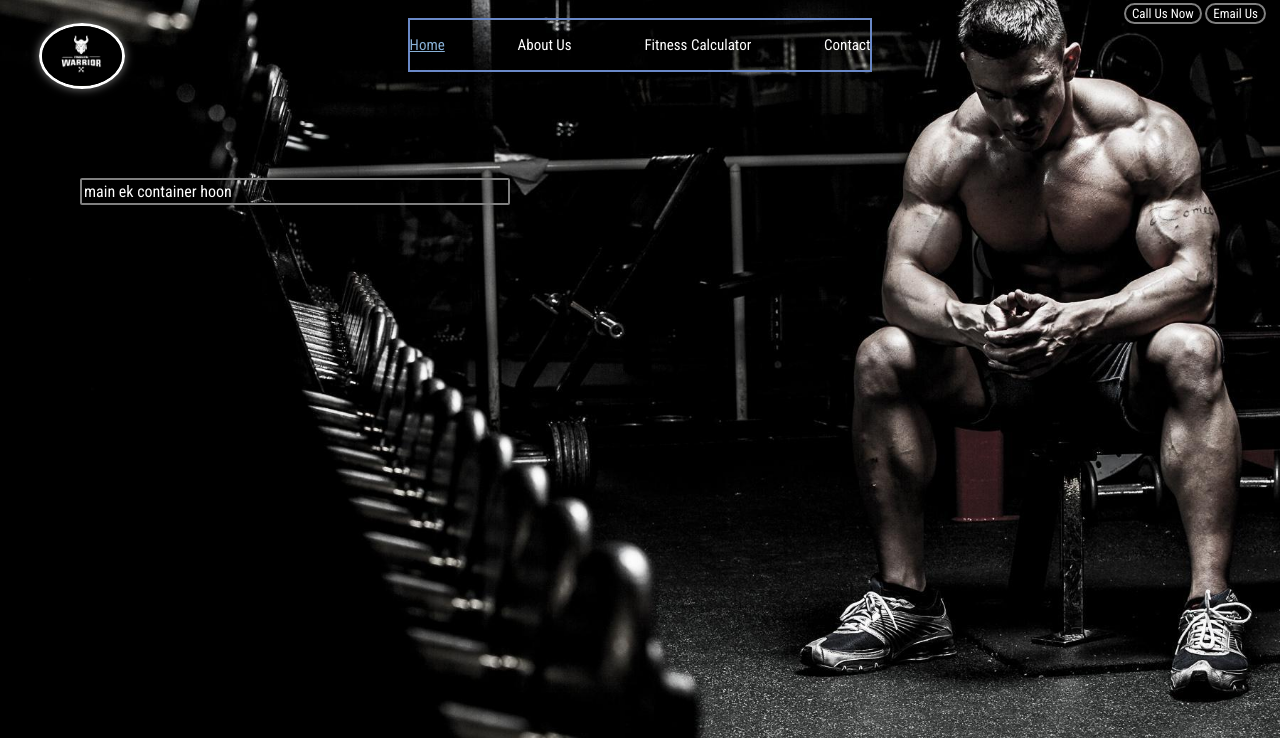
Repository: asthaasquare/project-1
Page: project-1/index.html
The author's editor kept a copy of each file at every save. The page is drawn from the files as they stood at one save, then again after the next save.
The browser window is 1280 px wide. The pictures show the whole page.
Some web fonts or font styles are not loaded; a fallback is used.

Above is the page before, as saved 2024-05-09 17:25:35.

After the next save:
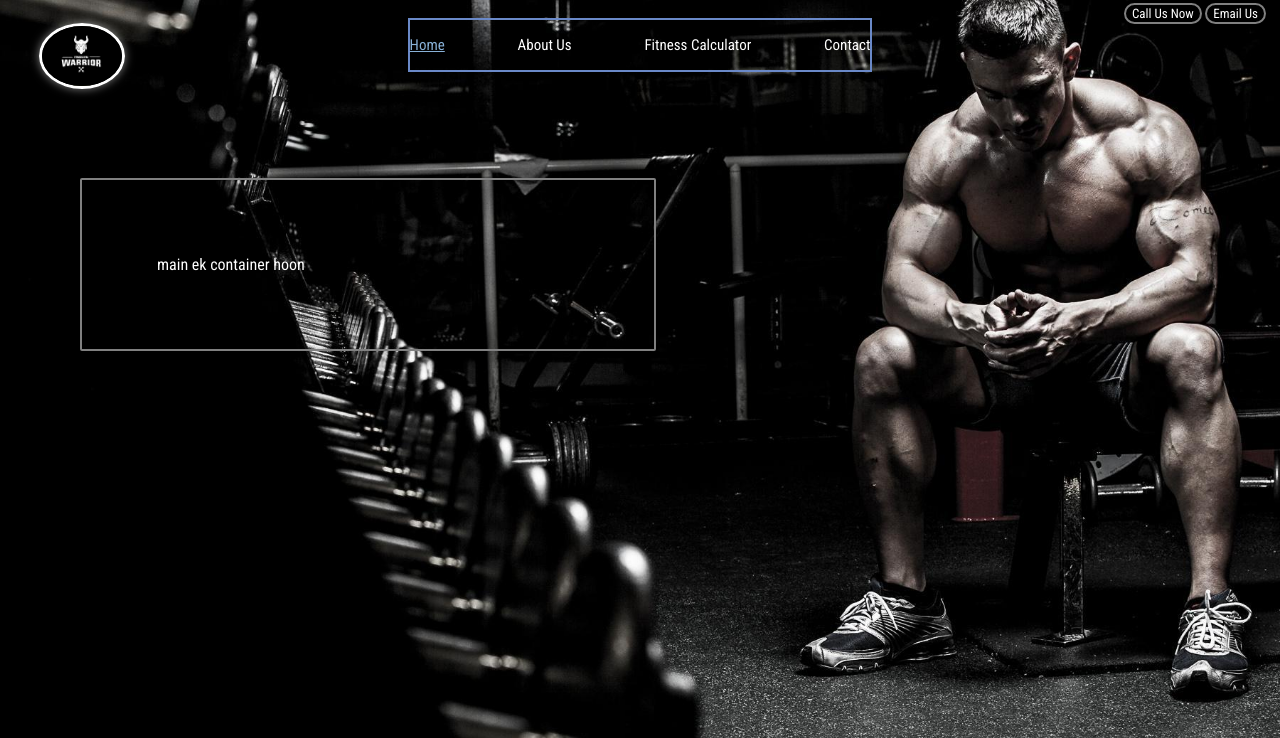
Saved 6 s later.
--- a/project-1/index.html
+++ b/project-1/index.html
@@ -96,7 +96,7 @@
     .container{
       border: 2px solid grey;
       margin: 106px 80px;
-      padding: 2px 2px;
+      padding: 75px;
       width: 33%;
       border-radius: 2px;
     }
